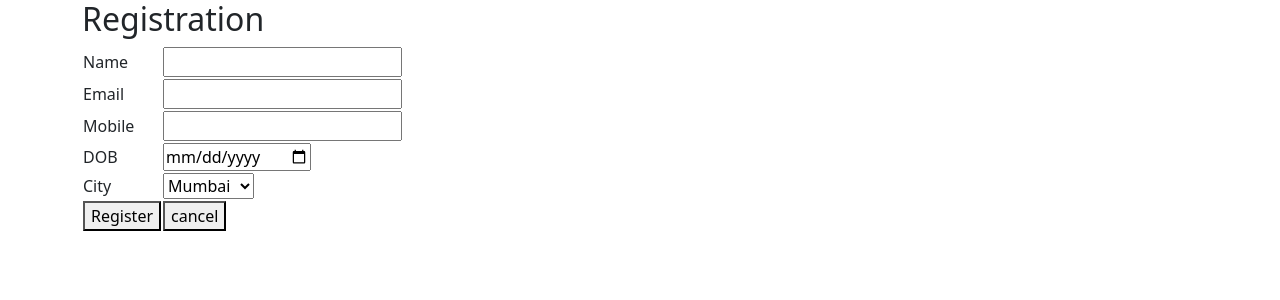
Repository: saurabh-7079/BookApp
Page: UserManagement/WebContent/home.html
These files come from the project's save history. The page is drawn as it stood at one moment and after the next save; the edit follows.
The browser window is 1280 px wide. The pictures show the whole page.

Above is the page before, as saved 2023-06-05 13:23:54.

After the next save:
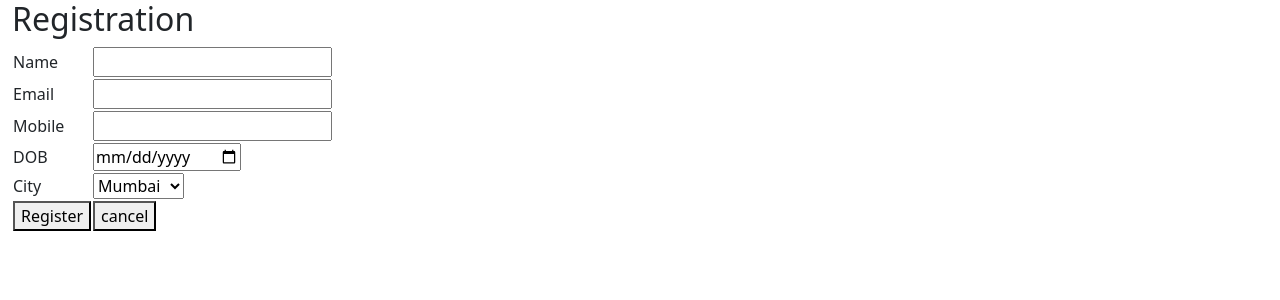
Saved 25 s later.
--- a/UserManagement/WebContent/home.html
+++ b/UserManagement/WebContent/home.html
@@ -5,7 +5,7 @@
 <title>Insert title here</title>
 <link rel="stylesheet" href="css/bootstrap.css"></link>
 </head>
-<body class="container">
+<body class="container-fluid">
    <form action="register" method="post">
       <h2>Registration </h2>
       <table>
